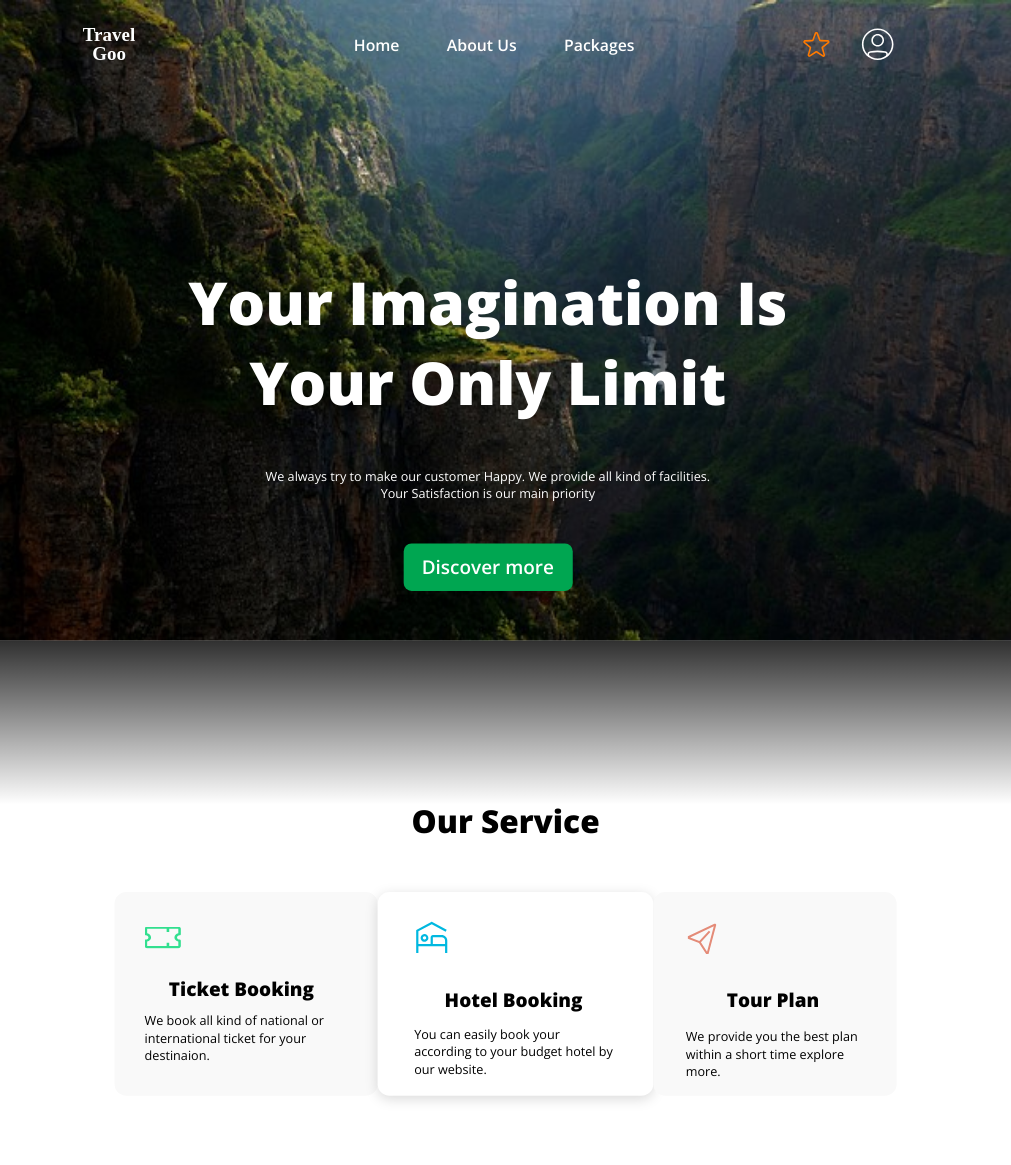
Repository: simralgasimov/back-project
Page: index.html
An editor plug-in stored every save of this project. The page is shown before and after the next save, followed by the edit.
The browser window is 1280 px wide. The pictures show the whole page, at 79% of full size.
Some web fonts or font styles are not loaded; a fallback is used.

Above is the page before, as saved 2023-09-27 13:23:41.

After the next save:
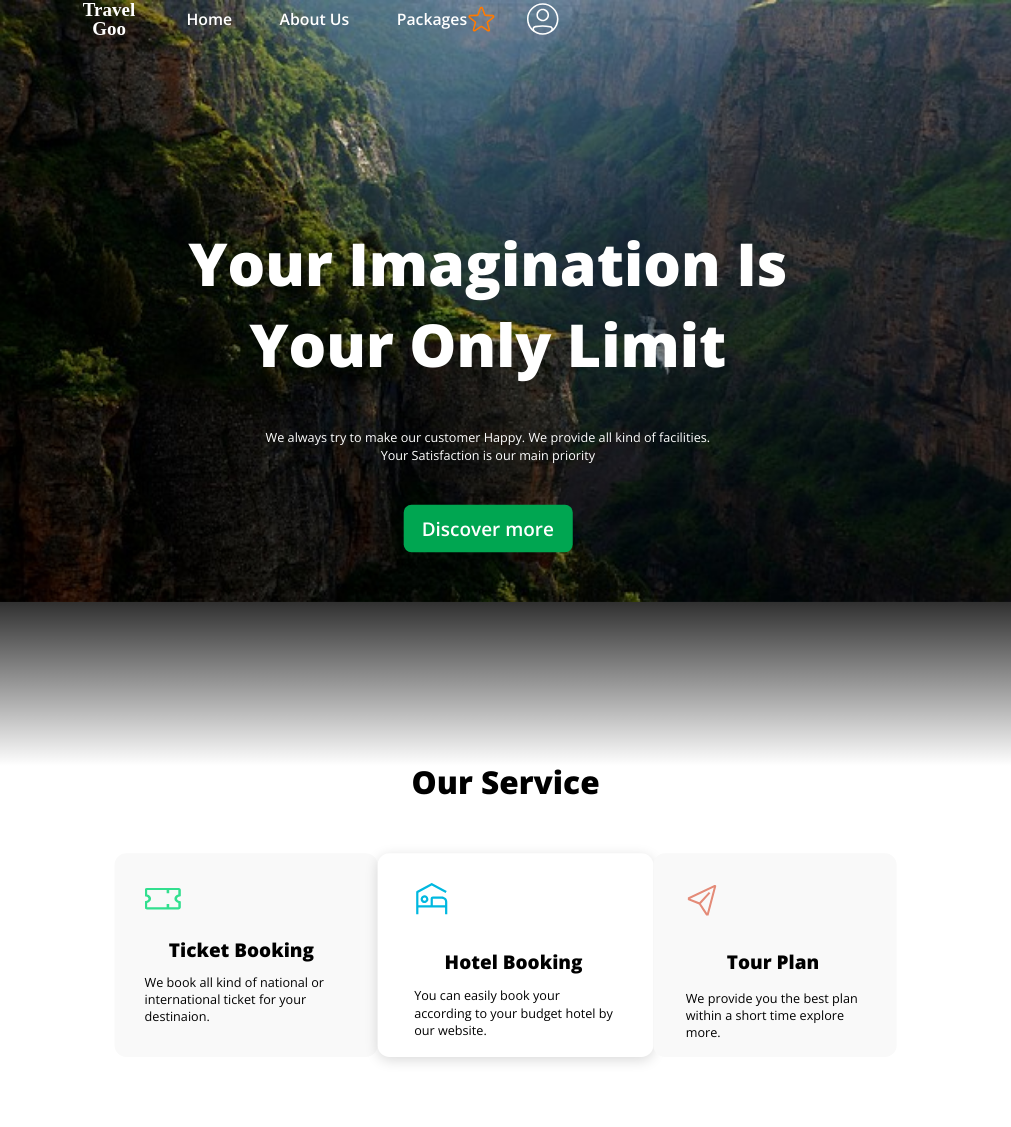
Saved 53 s later.
--- a/index.css
+++ b/index.css
@@ -21,6 +21,8 @@
   justify-content: space-between;
   align-items: center;
   /* margin: auto; */
+  position: fixed;
+  top: 0;
 }
 
 .container .navbar .logo {
